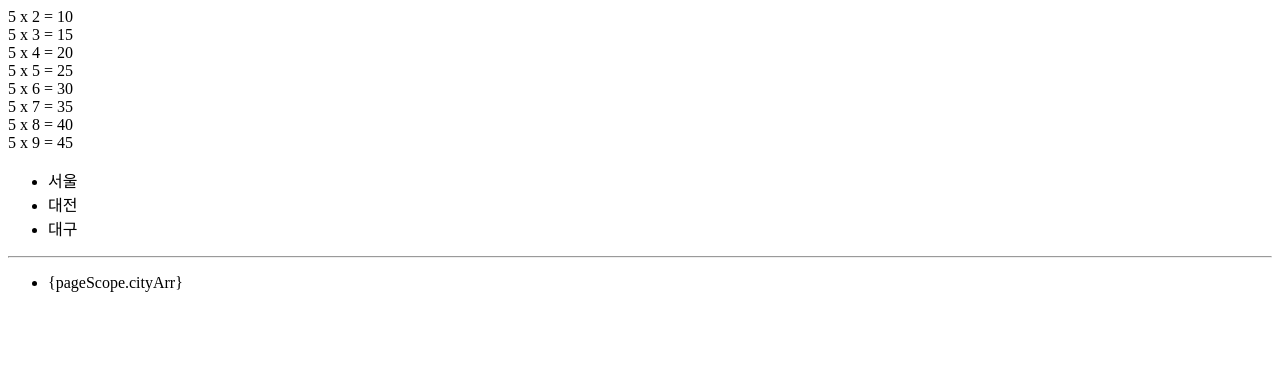
Repository: shshy81/shshy_webstudy
Page: http://localhost/Chapter_17_EL_JSTL/JSTL.jsp
These files come from the project's save history. The page is drawn as it stood at one moment and after the next save; the edit follows.
The browser window is 1280 px wide. The pictures show the whole page.
Some web libraries are served in a nearby version. The page is served by Tomcat 9.

Above is the page before, as saved 2018-01-09 07:29:13.

### Chapter_17_EL_JSTL/WebContent/JSTL.jsp
<%@ page language="java" contentType="text/html; charset=UTF-8"
    pageEncoding="UTF-8"%>
<%@ taglib prefix="c" uri="http://java.sun.com/jsp/jstl/core" %>
<%@ taglib prefix="fmt" uri="http://java.sun.com/jsp/jstl/fmt" %>
<%
	String[] cityArr = {"서울","대전","대구"};
	pageContext.setAttribute("cityArr", cityArr);
%>
<!DOCTYPE html>
<html>
<head>
<meta http-equiv="Content-Type" content="text/html; charset=UTF-8">
<title>Insert title here</title>
<script src="https://ajax.googleapis.com/ajax/libs/jquery/3.2.1/jquery.min.js"></script>
</head>
<body>
	<c:forEach begin="2" end="9" var="i"> <!-- 이때 i는 forEach의 .scope소속이 된다 -->
		5 x ${i } = ${i*5 } <br>
	</c:forEach>

	<ul>
	<%
		for(String city : cityArr){
	%>
		<li><%=city %></li>
	<%
		}
	%>
	</ul>
	<hr>
	<ul>
		<c:forEach items="{pageScope.cityArr}" var="city">
			<li>${city }</li>
		</c:forEach>
	</ul>

</body>
</html>

After the next save:
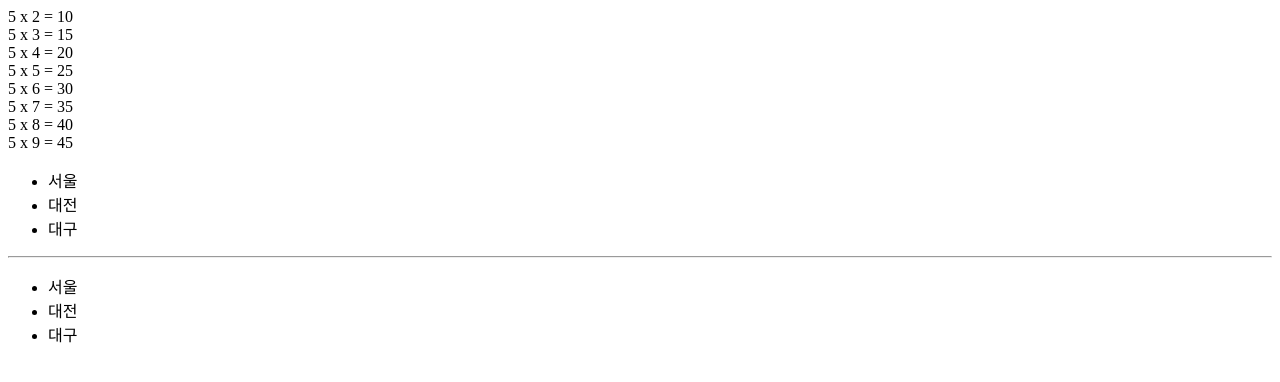
Saved 43 s later.
--- a/Chapter_17_EL_JSTL/WebContent/JSTL.jsp
+++ b/Chapter_17_EL_JSTL/WebContent/JSTL.jsp
@@ -29,7 +29,7 @@
 	</ul>
 	<hr>
 	<ul>
-		<c:forEach items="{pageScope.cityArr}" var="city">
+		<c:forEach items="${pageScope.cityArr}" var="city">
 			<li>${city }</li>
 		</c:forEach>
 	</ul>
